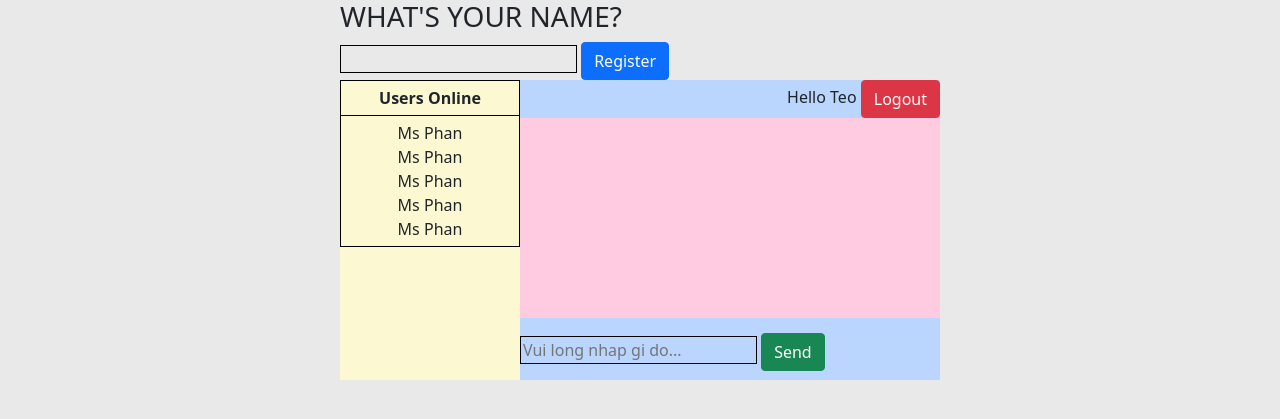
Repository: haimy125/demo_chat
Page: http://localhost/
The author's editor kept a copy of each file at every save. The page is drawn from the files as they stood at one save, then again after the next save.
The browser window is 1280 px wide. The pictures show the whole page.
The page is served by the project's Node server (DEMO_CHAT_SOCKETIO/SERVER.js).

Above is the page before, as saved 2021-08-29 15:50:35.

### DEMO_CHAT_SOCKETIO/views/trangchu.ejs
<!DOCTYPE html>
<html lang="en">

<head>
    <meta charset="UTF-8">
    <meta http-equiv="X-UA-Compatible" content="IE=edge">
    <meta name="viewport" content="width=device-width, initial-scale=1.0">
    <title>demo chat</title>
    <link href="https://cdn.jsdelivr.net/npm/bootstrap@5.0.2/dist/css/bootstrap.min.css" rel="stylesheet" integrity="sha384-EVSTQN3/azprG1Anm3QDgpJLIm9Nao0Yz1ztcQTwFspd3yD65VohhpuuCOmLASjC" crossorigin="anonymous">
    <script src="https://cdn.jsdelivr.net/npm/@popperjs/core@2.9.2/dist/umd/popper.min.js" integrity="sha384-IQsoLXl5PILFhosVNubq5LC7Qb9DXgDA9i+tQ8Zj3iwWAwPtgFTxbJ8NT4GN1R8p" crossorigin="anonymous"></script>
    <script src="https://cdn.jsdelivr.net/npm/bootstrap@5.0.2/dist/js/bootstrap.min.js" integrity="sha384-cVKIPhGWiC2Al4u+LWgxfKTRIcfu0JTxR+EQDz/bgldoEyl4H0zUF0QKbrJ0EcQF" crossorigin="anonymous"></script>

    <script src="jquery.js"></script>
    <script src="socket.io/socket.io.js"></script>
    <link rel="stylesheet" href="layout.css">
    <script src="xuly.js">
    </script>
</head>

<body>
    <div class="container">
        <div id="wrapper">
            <div id="loginForm">
                <h3>WHAT'S YOUR NAME?</h3>
                <input type="text" id="txtUsername">
                <input type="button" value="Register" id="btnRegister" class="btn btn-primary" />
            </div>
            <div id="chatForm">
                <div id="left">
                    <div id="boxTitle">Users Online</div>
                    <div id="boxContent">
                        <div class="userOnline">Ms Phan</div>
                        <div class="userOnline">Ms Phan</div>
                        <div class="userOnline">Ms Phan</div>
                        <div class="userOnline">Ms Phan</div>
                        <div class="userOnline">Ms Phan</div>
                    </div>
                </div>
                <div id="right">
                    <div id="sayHi">Hello <span id="currentUser">Teo</span>
                        <input type="button" class="btn btn-danger" value="Logout" id="btnLogout">
                    </div>

                    <div id="listMessage"></div>

                    <div>
                        <input type="text" id="txtMessage" placeholder="Vui long nhap gi do...">
                        <input type="button" id="btnSendMessage" value="Send" class="btn btn-success">
                    </div>
                </div>
            </div>
        </div>
    </div>
</body>

</html>

### DEMO_CHAT_SOCKETIO/SERVER.js
var express = require('express'); //phai require thu vien express moi chay
var app = express(); //khai bao server
app.use(express.static("public")); //can file js, css nen khai bao the nay de all file trong public la khach hang truy cap duoc het

app.set("view engine", "ejs"); //
app.set("views", "./views");
var server = require('http').Server(app); //dựng server
var io = require('socket.io')(server);
server.listen(3000);


app.get('/', function(req, res) {
    res.render('trangchu');
});

### DEMO_CHAT_SOCKETIO/public/layout.css
body {
    background-color: #e9e9e9;
}

#wrapper {
    width: 600px;
    margin: 0 auto;
}

#txtUsername {
    background-color: transparent;
    border: solid 1px black;
    /* border-width: 0 0 1 0; */
}

#left,
#right {
    min-height: 300px;
}

#left {
    width: 30%;
    float: left;
    background-color: #fcf8d1;
}

#right {
    width: 70%;
    float: right;
    background-color: #bad5fe;
}

#boxTitle {
    border: solid 1px black;
    padding: 5px;
    text-align: center;
    font-weight: bold;
}

#boxContent {
    border: solid 1px black;
    border-top: none;
    padding: 5px;
    text-align: center;
}

#sayHi {
    text-align: right;
}

#listMessage {
    height: 200px;
    background-color: #ffcbe1;
    margin-bottom: 15px;
}

#txtMessage {
    background-color: transparent;
    border: solid 1px black;
}

### DEMO_CHAT_SOCKETIO/public/xuly.js
$(document).ready(function() {
    // alert('a');
});

Loaded but not shown: DEMO_CHAT_SOCKETIO/public/jquery.js (library)

After the next save:
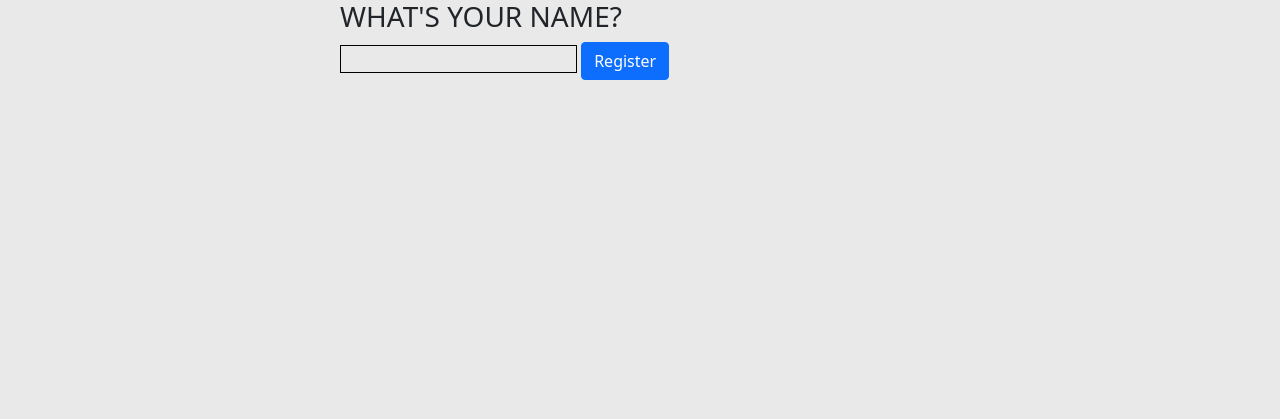
Saved 58 s later.
--- a/DEMO_CHAT_SOCKETIO/public/xuly.js
+++ b/DEMO_CHAT_SOCKETIO/public/xuly.js
@@ -1,3 +1,4 @@
 $(document).ready(function() {
-    // alert('a');
+    $("#loginForm").show();
+    $("#chatForm").hide();
 });
